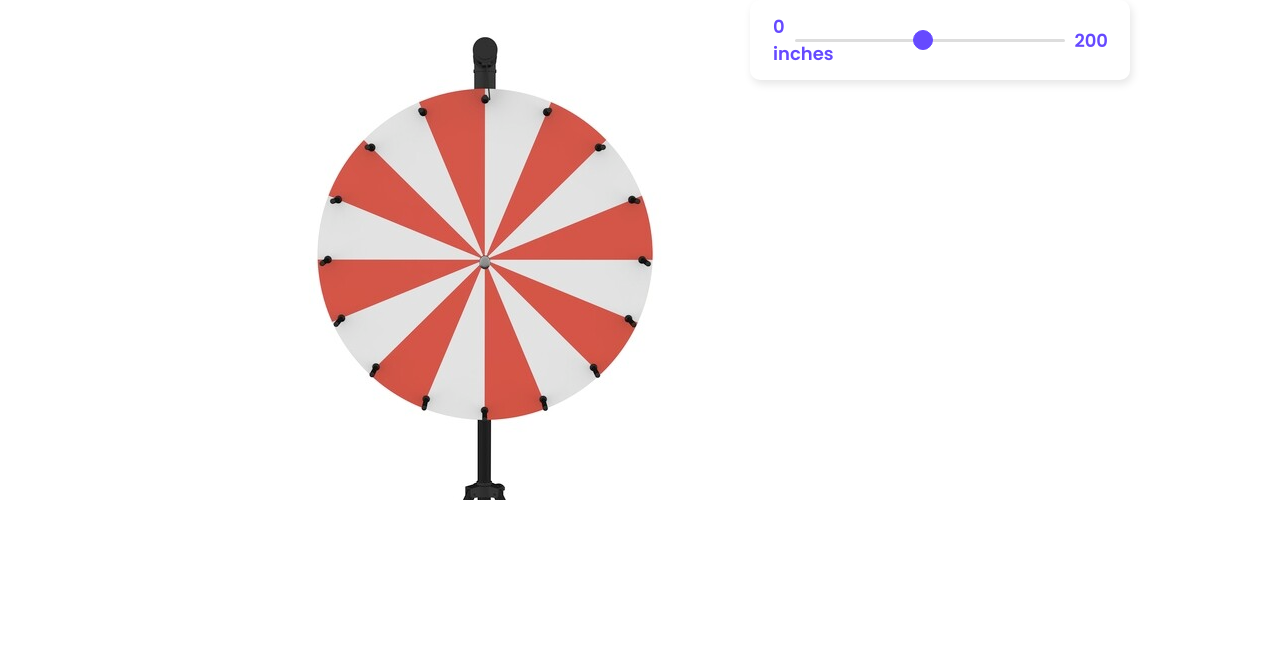
Repository: Awaisp-irfan/fahad-project
Page: text.html
These files come from the project's save history. The page is drawn as it stood at one moment and after the next save; the edit follows.
The browser window is 1280 px wide. The pictures show the whole page.

Above is the page before, as saved 2022-06-30 11:04:59.

After the next save:
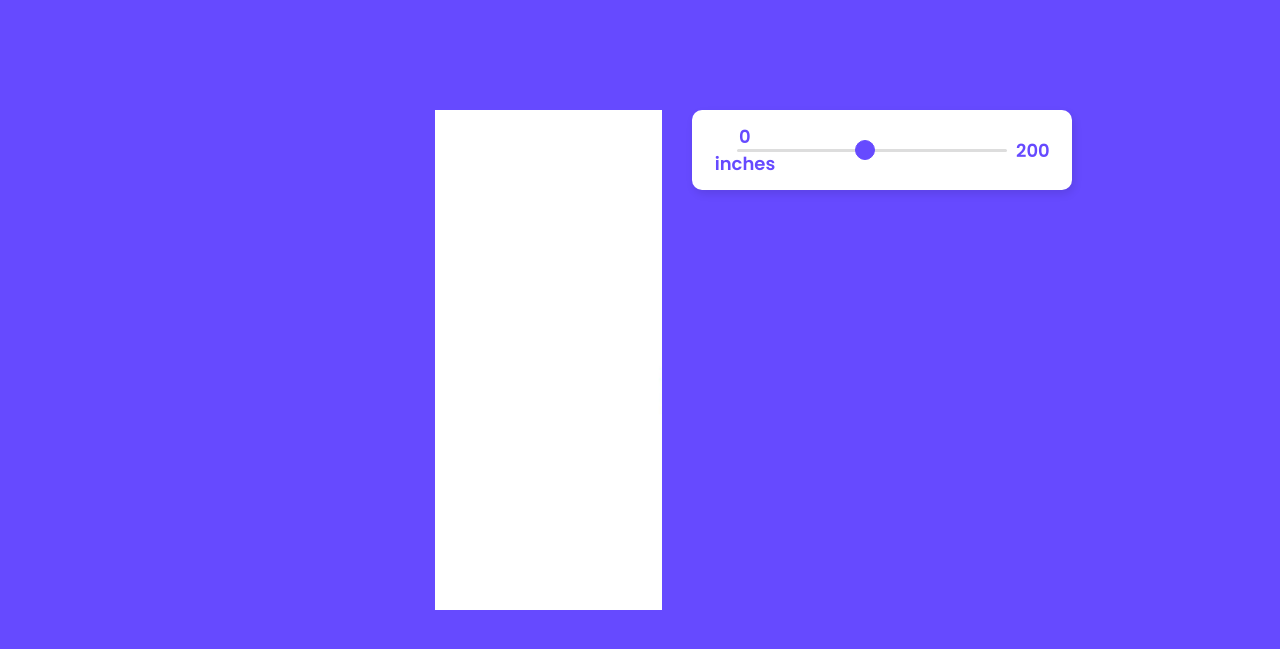
Saved 39 s later.
--- a/style.css
+++ b/style.css
@@ -6,7 +6,13 @@
   box-sizing: border-box;
   font-family: 'Poppins', sans-serif;
 }
-
+html,body{
+  display: grid;
+  height: 100%;
+  text-align: center;
+  place-items: center;
+  background: #664AFF;
+}
 .range{
   height: 80px;
   width: 380px;
@@ -33,7 +39,7 @@
   transition: transform 0.3s ease-in-out;
 }
 .sliderValue span.show{
-
+  transform: translateX(-70%) scale(1);
 }
 .sliderValue span:after{
   position: absolute;
